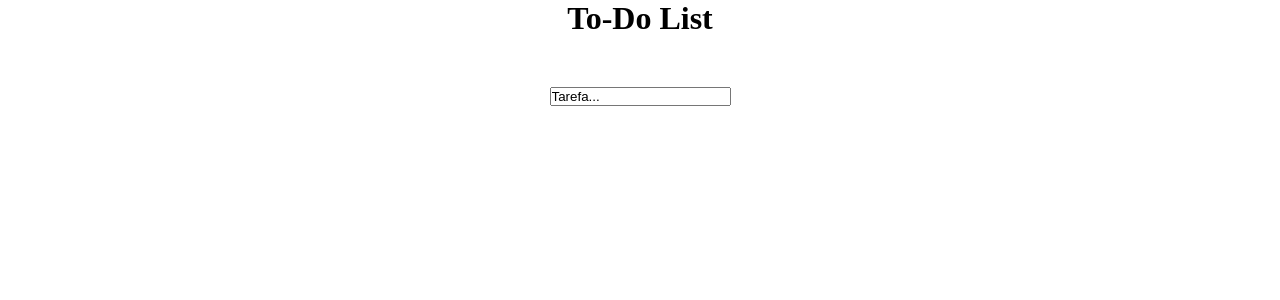
Repository: PetersonAntonyDev/python-flask-
Page: index.html
An editor plug-in stored every save of this project. The page is shown before and after the next save, followed by the edit.
The browser window is 1280 px wide. The pictures show the whole page.

Above is the page before, as saved 2022-07-26 10:03:21.

After the next save:
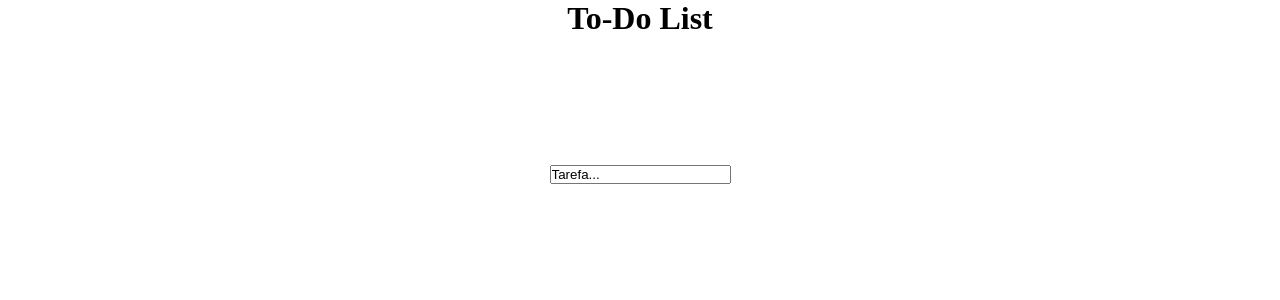
Saved 7 s later.
--- a/style.css
+++ b/style.css
@@ -11,5 +11,5 @@ body{
 }
 
 header {
-    margin-bottom: 50px;
+    margin-bottom: 10%;
 }
